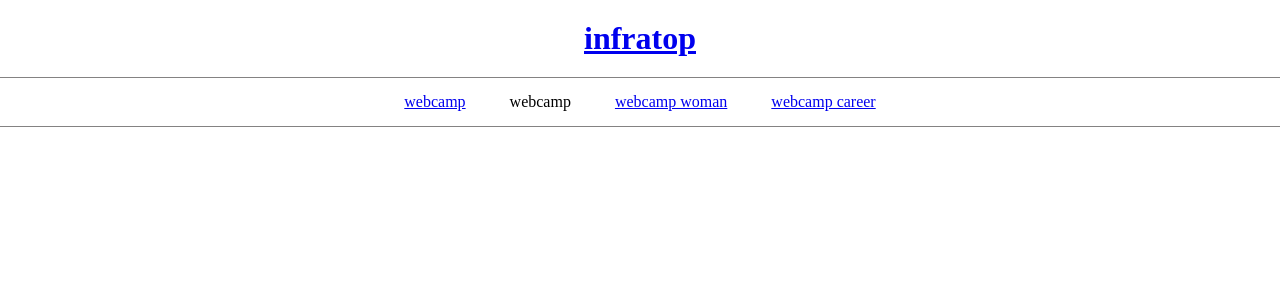
Repository: matuyama/dmm-webcamp
Page: chapter5/chapter5.html
The author's editor kept a record of every edit. The page is drawn from the files as they stood at one moment, then again after the next edit.
The browser window is 1280 px wide. The pictures show the whole page.

Above is the page before.

After the next edit:
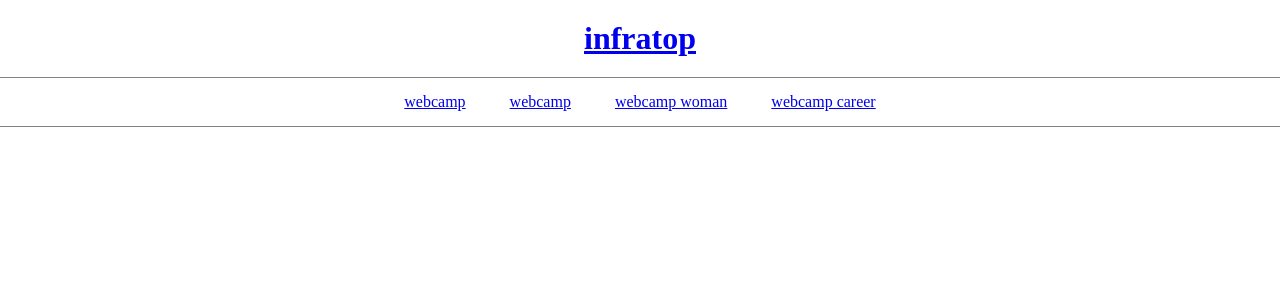
The edit:
--- a/chapter5/chapter5.html
+++ b/chapter5/chapter5.html
@@ -22,7 +22,7 @@
           <a href="chapter5.html">webcamp</a>
         </li>
         <li class="nav-list-item">
-          <a hrdf="hapter5">webcamp</a>
+          <a href="hapter5">webcamp</a>
         </li>
         <li class="nav-list-item">
           <a href="chapter5">webcamp woman</a>
